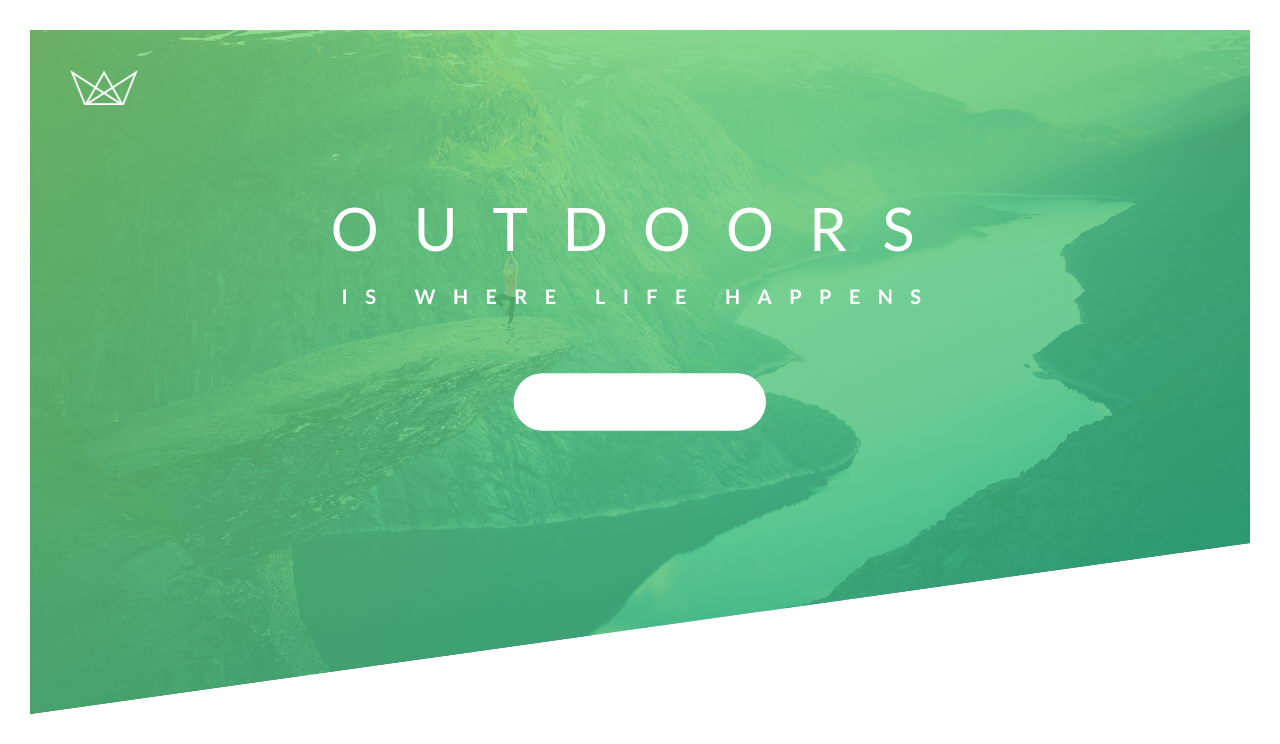
Repository: taivuong95/natours-fe
Page: index.html
The author's editor kept a copy of each file at every save. The page is drawn from the files as they stood at one save, then again after the next save.
The browser window is 1280 px wide. The pictures show the whole page.

Above is the page before, as saved 2020-12-09 16:32:56.

After the next save:
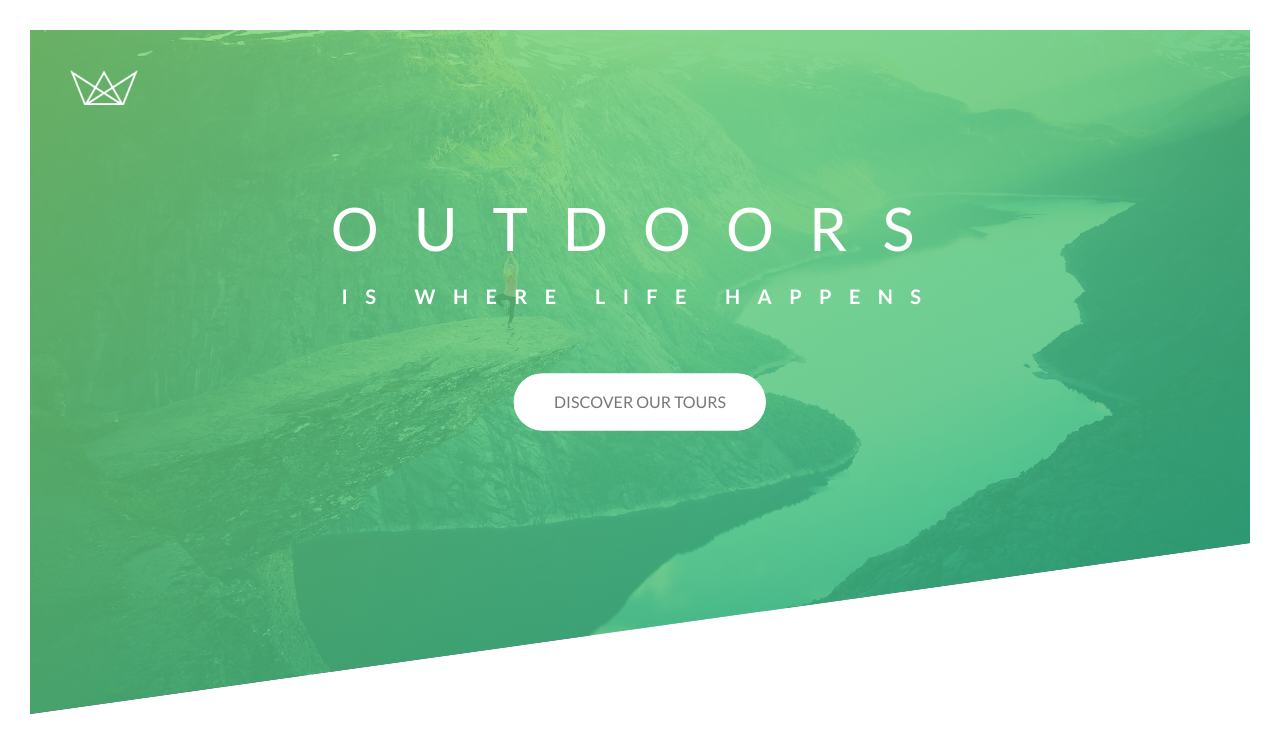
Saved 15 s later.
--- a/css/style.css
+++ b/css/style.css
@@ -148,6 +148,7 @@ body {
   position: absolute;
   top: 0;
   left: 0;
+  z-index: -1;
 }
 
 .btn-white::after {
